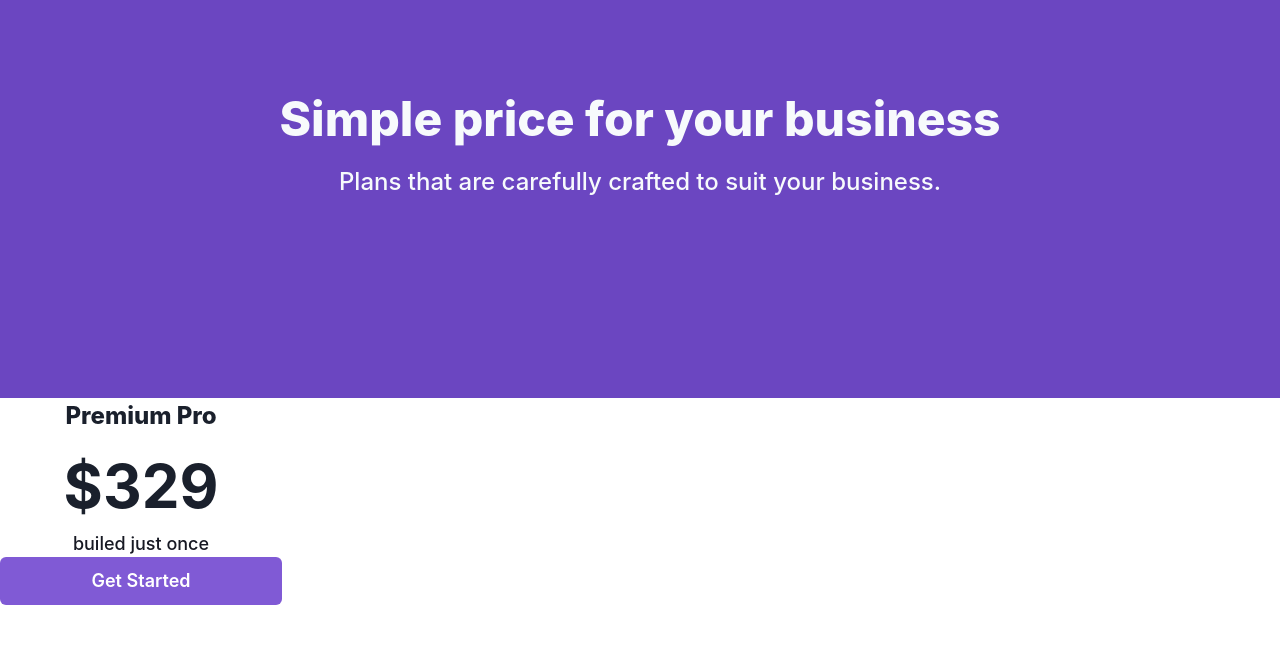
Repository: noutijo/learn-in-depth-chakra-ui
Page: /
These files come from the project's save history. The page is drawn as it stood at one moment and after a run of saves; the edit follows.
The browser window is 1280 px wide. The pictures show the whole page.
The project was rebuilt for these pictures with package versions that can differ from the ones it lists, and the page was loaded fresh each time. Also part of the build but not shown: vite.config.ts.

Above is the page before, as saved 2023-01-30 15:40:34.

After the next 2 saves:
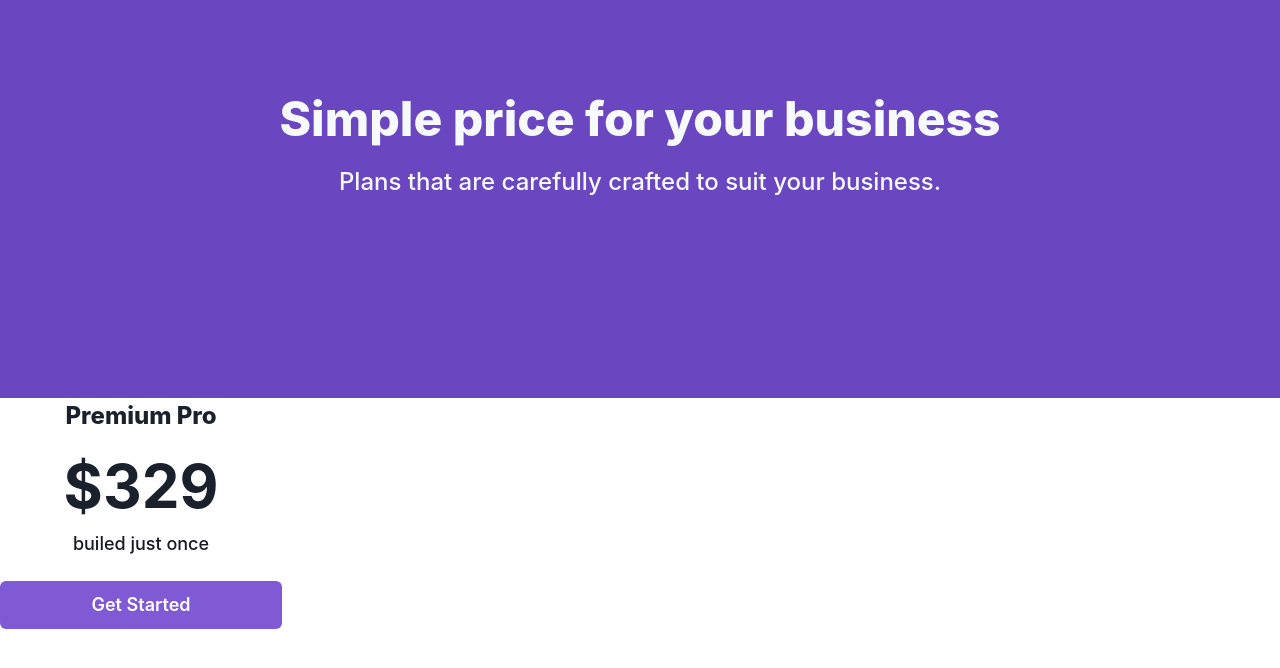
The 2 saves are shown as one change because they came seconds apart.
The last was saved 7 s later.
--- a/src/components/Pricing.tsx
+++ b/src/components/Pricing.tsx
@@ -9,7 +9,7 @@ export function Pricing() {
             <Text fontSize="24px" fontWeight="800">Premium Pro</Text>
             <Heading as="h3" fontSize="60px" mt="16px">$329</Heading>
             <Text fontSize="18px" fontWeight="500" color="#171923" mt="8px">builed just once</Text>
-            <Button colorScheme="purple" size={"lg"} w="282px" >Get Started</Button>
+            <Button colorScheme="purple" size={"lg"} w="282px" mt="24px">Get Started</Button>
         </Box>
         <Box></Box>
       </Flex>
